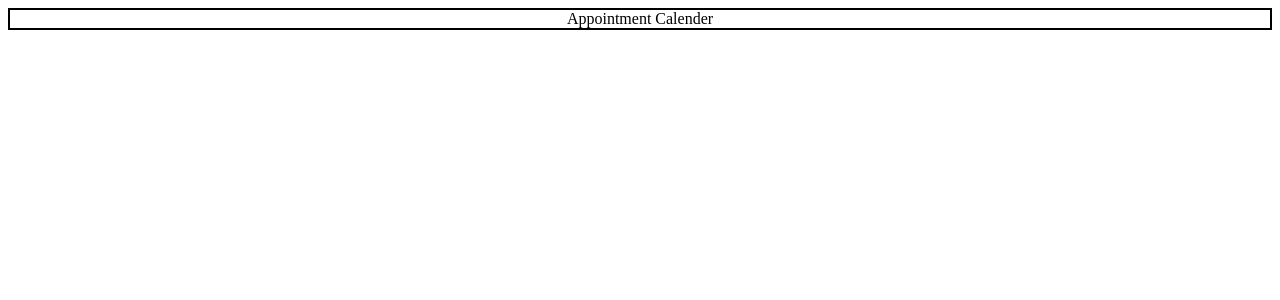
Repository: KennethEskandari/Appointment-Calender-
Page: / (app in Appointment-Calender/)
These files come from the project's save history. The page is drawn as it stood at one moment and after a run of saves; the edit follows.
The browser window is 1280 px wide. The pictures show the whole page.
The project was rebuilt for these pictures with package versions that can differ from the ones it lists, and the page was loaded fresh each time. Also part of the build but not shown: Appointment-Calender/vite.config.js.

Above is the page before, as saved 2025-04-15 19:33:50.

### Appointment-Calender/src/App.jsx
import { useState } from 'react'
import Calendar from 'react-calendar'

function App() {
  const [date, setDate] = useState(new Date())

  return (
    <div>
      <header className="h-16 border-2 text-center text-2xl bg-purple-400">Appointment Calender</header>
    </div>

  )
}

export default App

Loaded but not shown: Appointment-Calender/index.html (common file); Appointment-Calender/src/main.jsx (common file); Appointment-Calender/src/index.css (common file)

After the next 2 saves:
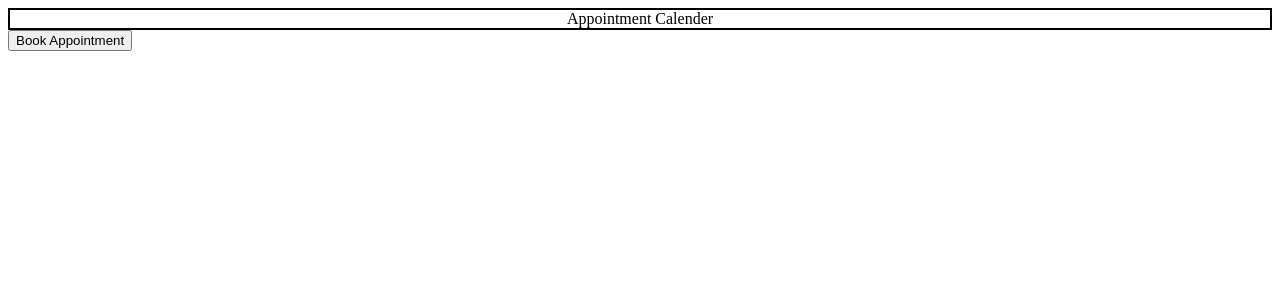
The 2 saves are shown as one change because 1 did not build or start.
The last was saved 42 s later.
--- a/Appointment-Calender/src/App.jsx
+++ b/Appointment-Calender/src/App.jsx
@@ -7,6 +7,7 @@ function App() {
   return (
     <div>
       <header className="h-16 border-2 text-center text-2xl bg-purple-400">Appointment Calender</header>
+      <button className="bg-purple-400 text-white p-2 m-2 rounded-md">Book Appointment</button>
     </div>
 
   )
